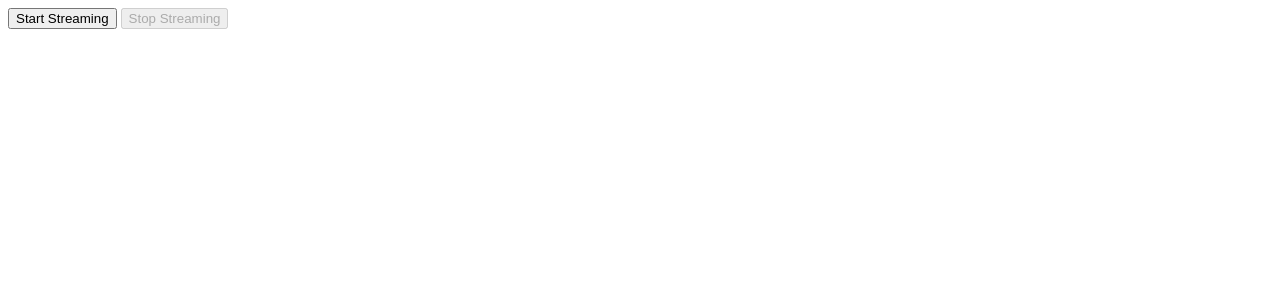
Repository: organicnz/audio
Page: audio_client.html
An editor plug-in stored every save of this project. The page is shown before and after the next save, followed by the edit.
The browser window is 1280 px wide. The pictures show the whole page.

Above is the page before, as saved 2024-10-30 14:03:39.

After the next save:
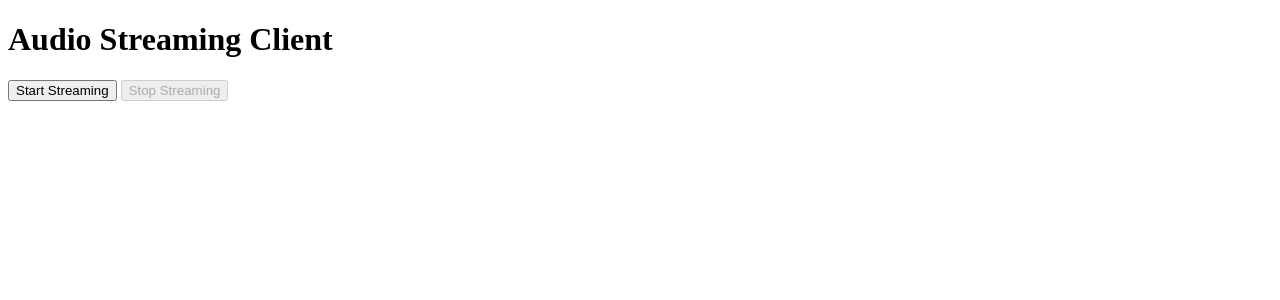
Saved 3 min 34 s later.
--- a/audio_client.html
+++ b/audio_client.html
@@ -4,6 +4,7 @@
     <title>Audio Streaming Client</title>
 </head>
 <body>
+    <h1>Audio Streaming Client</h1>
     <button id="startBtn">Start Streaming</button>
     <button id="stopBtn" disabled>Stop Streaming</button>
 
@@ -19,7 +20,7 @@
         stopBtn.onclick = stopStreaming;
 
         function startStreaming() {
-            socket = new WebSocket('ws://localhost:8888/ws');
+            socket = new WebSocket('ws://' + window.location.host + '/ws');
 
             socket.onopen = () => {
                 console.log('WebSocket connection established');
@@ -43,6 +44,7 @@
                             }
                         };
                         mediaRecorder.start(100);
+                        socket.send(JSON.stringify({ event: 'start' }));
                         startBtn.disabled = true;
                         stopBtn.disabled = false;
                     });
@@ -54,6 +56,7 @@
                 mediaRecorder.stop();
             }
             if (socket) {
+                socket.send(JSON.stringify({ event: 'stop' }));
                 socket.close();
             }
             startBtn.disabled = false;
